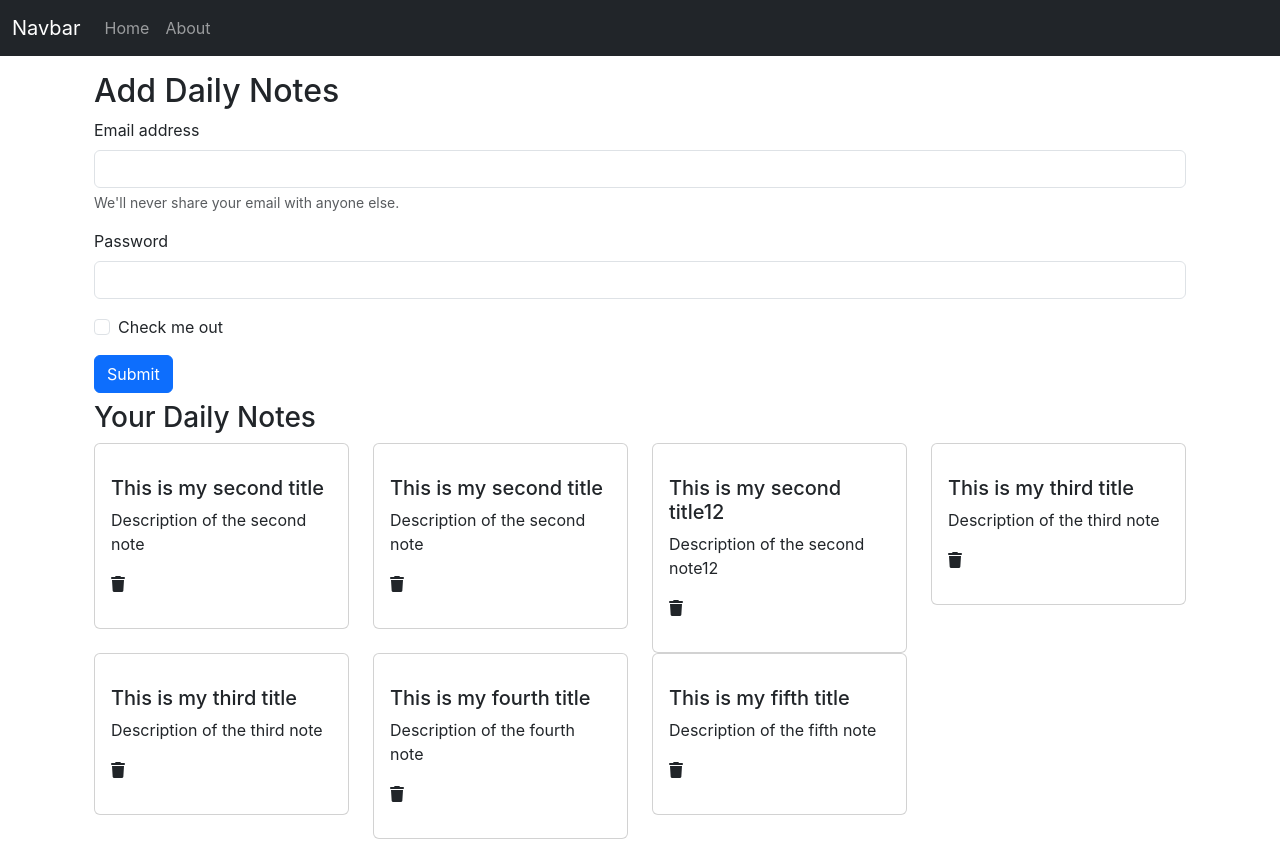
Repository: alphacode77/DailyNotes-react
Page: /
The author's editor kept a copy of each file at every save. The page is drawn from the files as they stood at one save, then again after the next save.
The browser window is 1280 px wide. The pictures show the whole page.
Some icons come from a web library that is not loaded, so they are not drawn. Some web libraries are served in a nearby version. The project was rebuilt for these pictures with package versions that can differ from the ones it lists, and the page was loaded fresh each time. Also part of the build but not shown: src/App.css, src/components/About.js.

Above is the page before, as saved 2023-02-25 22:24:56.

After the next save:
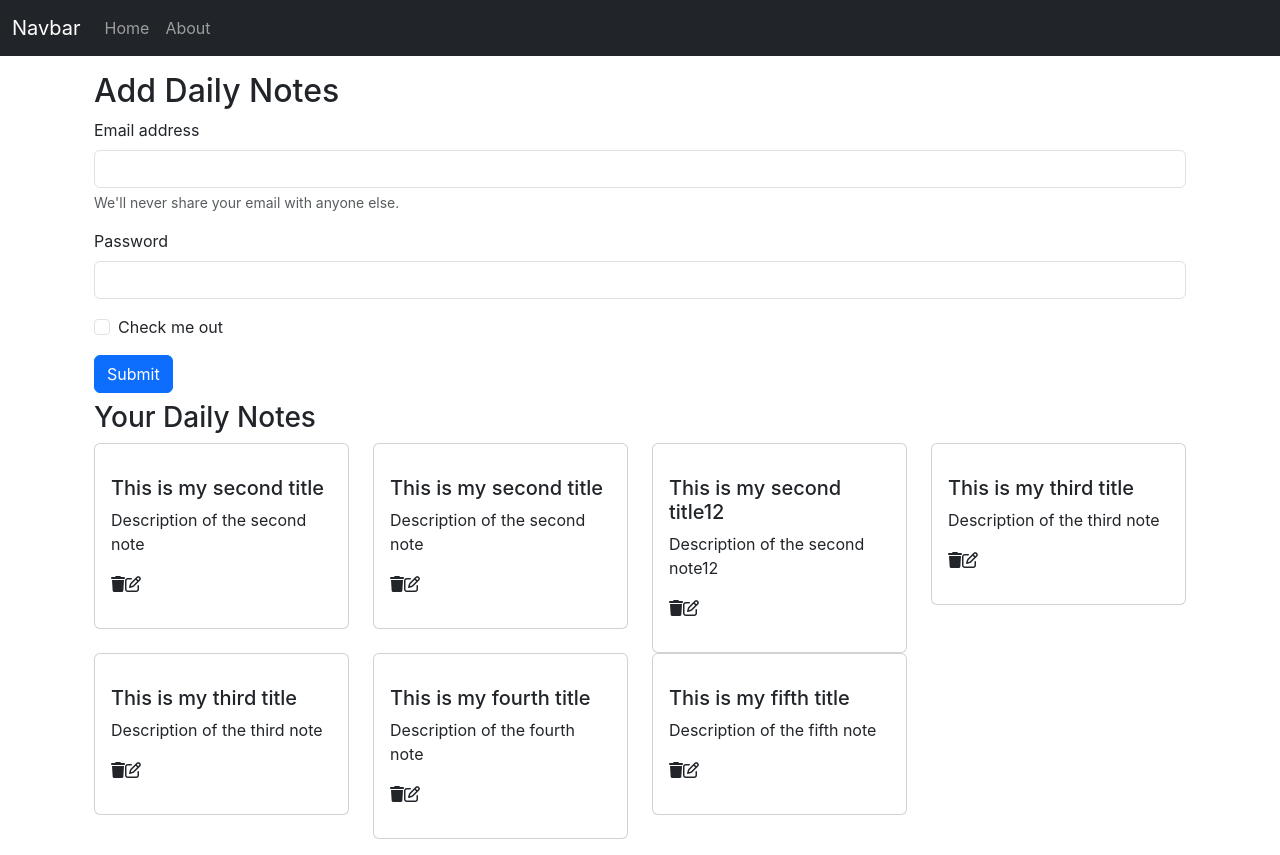
Saved 48 s later.
--- a/src/components/Noteitem.js
+++ b/src/components/Noteitem.js
@@ -9,7 +9,7 @@ const Noteitem=(props)=> {
                 <h5 className='card-title'>{note.title}</h5>
                     <p className='card-text'>{note.description}</p>
                     <i class="fa-solid fa-trash"></i>
-                    <i class="fa-light fa-pen-to-square"></i>
+                    <i class="fa-regular fa-pen-to-square"></i>
             </div>
         </div>
     </div>
